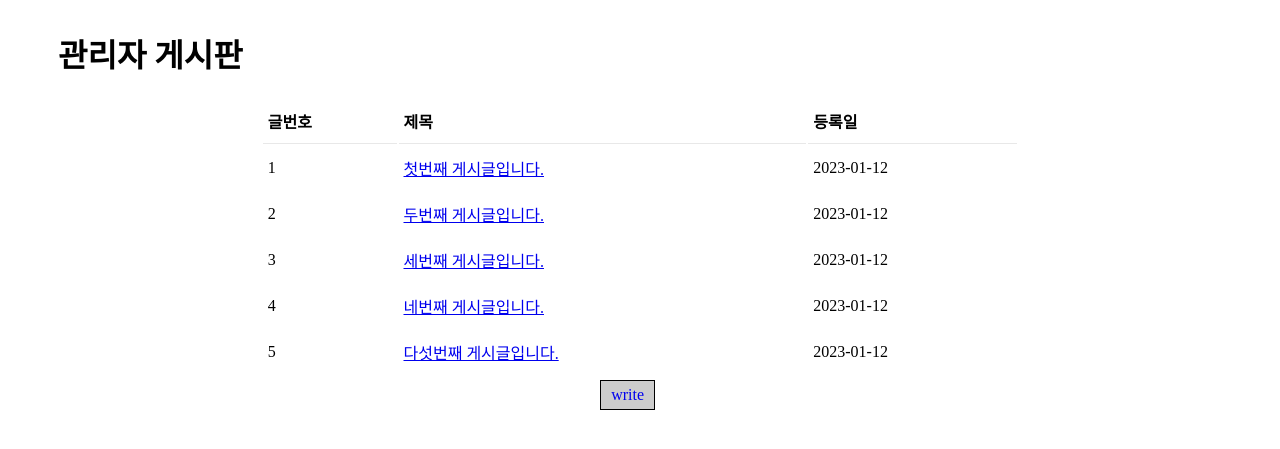
Repository: thdtjdgml415/exVoc
Page: /Page/AdminList
These files come from the project's save history. The page is drawn as it stood at one moment and after the next save; the edit follows.
The browser window is 1280 px wide. The pictures show the whole page.
The project was rebuilt for these pictures with package versions that can differ from the ones it lists, and the page was loaded fresh each time. Also part of the build but not shown: src/Page/PostList.js, src/Page/PostMain.js, src/Page/Post.css, src/Page/PostView.js, src/Page/registration.css, src/components/modal/modal.css, src/components/modal/Modal.js, src/components/modal/CheckModal.js and 2 more.

Above is the page before, as saved 2023-01-13 13:55:43.

### public/index.html
<!DOCTYPE html>
<html lang="en">
<head>
  <meta charset="UTF-8">
  <meta http-equiv="X-UA-Compatible" content="IE=edge">
  <meta name="viewport" content="width=device-width, initial-scale=1.0">
  <title>게시판</title>
</head>
<body>
  <div id="root"></div>
</body>
</html>

### src/App.js
import { BrowserRouter, Routes,  Route } from 'react-router-dom';
import PostMain from './Page/PostMain';
import PostView from './Page/PostView';
import Registration from './Page/Registration';
import AdminList from './Page/AdminList';

function App() {
  return (
    <div className='App'>
      <BrowserRouter>
        <Routes>
          <Route path='/Registration/' element={<Registration/>}/>
          <Route path='/postView/:no' element={<PostView/>}/>
          <Route path='/' element= {<PostMain/>}/>
          <Route path='/Page/AdminList' element= {<AdminList/>}/>
        </Routes>
      </BrowserRouter>
    </div>
  )
}

export default App;

### src/Page/AdminList.js
import React, { useEffect, useState } from 'react';
import { Link } from 'react-router-dom';
import CommonTable from '../components/table/CommonTable';
import CommonTableColumn from '../components/table/CommonTableColumn';
import CommonTableRow from '../components/table/CommonTableRow';
import CommonTableWriteBtn from '../components/table/CommonTableWriteBtn';
import { postList } from '../Data';

const AdminList = props => {
  const [ dataList, setDataList ] = useState([])

  useEffect(()=> {
    setDataList(postList);
  }, [ ])

  return (
    <>
    <h1>관리자 게시판</h1>
      <CommonTable headersName={['글번호', '제목', '등록일']}>
       {
          dataList ? dataList.map((item, index) => {
            return(
              <CommonTableRow key={index}>
                <CommonTableColumn>{item.no}</CommonTableColumn>
                <CommonTableColumn>
                  <Link to={`/postView/${item.no}`}>{item.title}</Link></CommonTableColumn>
                <CommonTableColumn>{item.createDate}</CommonTableColumn>
              </CommonTableRow>
            )
          }) : ''
       }
      <Link to={'/Registration/'}>
        <CommonTableWriteBtn/>
      </Link>
      </CommonTable>
    </>
  )
}

export default AdminList

### src/Data.js
const postList = [
    {
        "no": 1,
        "title": "첫번째 게시글입니다.",
        "content": "첫번째 게시글 내용입니다.",
        "createDate": "2023-01-12"
      },
      {
        "no": 2,
        "title": "두번째 게시글입니다.",
        "content": "두번째 게시글 내용입니다.",
        "createDate": "2023-01-12"
      },
      {
        "no": 3,
        "title": "세번째 게시글입니다.",
        "content": "세번째 게시글 내용입니다.",
        "createDate": "2023-01-12"
      },
      {
        "no": 4,
        "title": "네번째 게시글입니다.",
        "content": "네번째 게시글 내용입니다.",
        "createDate": "2023-01-12"
      },
      {
        "no": 5,
        "title": "다섯번째 게시글입니다.",
        "content": "다섯번째 게시글 내용입니다.",
        "createDate": "2023-01-12"
      },
]

const getPostByNo = no => {

    const array = postList.filter(x=>x.no===no);
    if(array.length == 1) {
        return array[1];
    }
    return null;
}

export {
    postList,
    getPostByNo
};

### src/components/modal/common.css
#container {
  display: flex;
  flex: 1;
  justify-content: center;
  padding-top: 5ch;
}

html {
  background-color: white;
}

h3 {
  padding: 0;
  -webkit-text-size-adjust: none;
}

h1 {
  margin-left: 50px;
  margin-top: 30px;
}

### src/components/table/CommonTable.js
import React from 'react'
import './CommonTable.css'

const CommonTable = props => {
    const {headersName, children} = props;

  return (
    <table>
        <thead>
            <tr>
                {
                    headersName.map((item, index) => {
                        return (
                            <td className='common-table-header-column' key={index}>{ item }</td>
                        )
                    })
                }
            </tr>
        </thead>
        <tbody>
            {
                children
            }
        </tbody>
    </table>
  )
}

export default CommonTable

### src/components/table/CommonTableColumn.js
import React from 'react';

const CommonTableColumn = ({ children }) => {
  return (
    <td className='common-table-column'>
      {
        children
      }
    </td>
  )
}

export default CommonTableColumn

### src/components/table/CommonTableRow.js
import React from 'react';

const CommonTableRow = ({ children }) => {
  return (
    <tr className="common-table-row">
      {
        children
      }
    </tr>
  )
}

export default CommonTableRow;

### src/components/table/CommonTableWriteBtn.js
import React from 'react';


const CommonTableWriteBtn = () => {
  return (

      <div className='post-write-btn'
       style={{border: '1px solid black', display: 'inline-block', backgroundColor: '#ccc'}}>write</div>

  )
}

export default CommonTableWriteBtn

### src/components/table/CommonTable.css
table {
  margin: 0 auto;
  width: 60%;
}

.common-table {
    width: 70%;
    margin: 0 auto;
    text-align: center;
    border-spacing: 0;
  }

.common-table-header-column {
  border-bottom: 1px solid #e8e8e8;
  padding: 0;
  font-size: 16px;
  padding: 10px 5px;
  font-weight: bold;
}

.common-table-row:hover {
  background-color: #eceaea;
  cursor: pointer;
}

.common-table-column {
  padding: 10px 5px;
}


/* button */
.post-write-btn {
  padding: 5px 10px;
  position: absolute;
  right: 625px;
  top: 380px;
}

Loaded but not shown: src/index.js (common file)

After the next save:
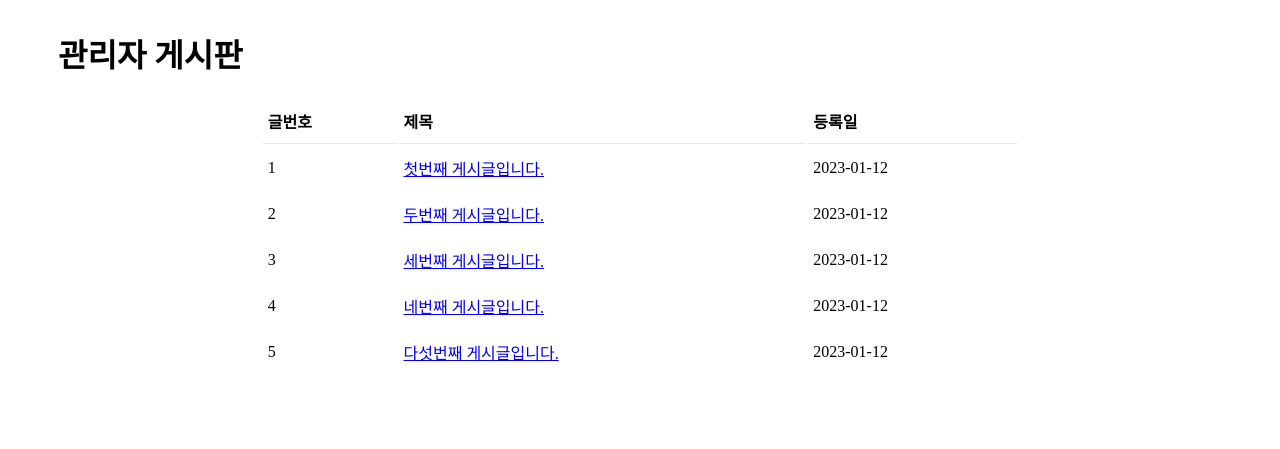
Saved 60 s later.
--- a/src/Page/AdminList.js
+++ b/src/Page/AdminList.js
@@ -29,9 +29,6 @@ const AdminList = props => {
             )
           }) : ''
        }
-      <Link to={'/Registration/'}>
-        <CommonTableWriteBtn/>
-      </Link>
       </CommonTable>
     </>
   )
